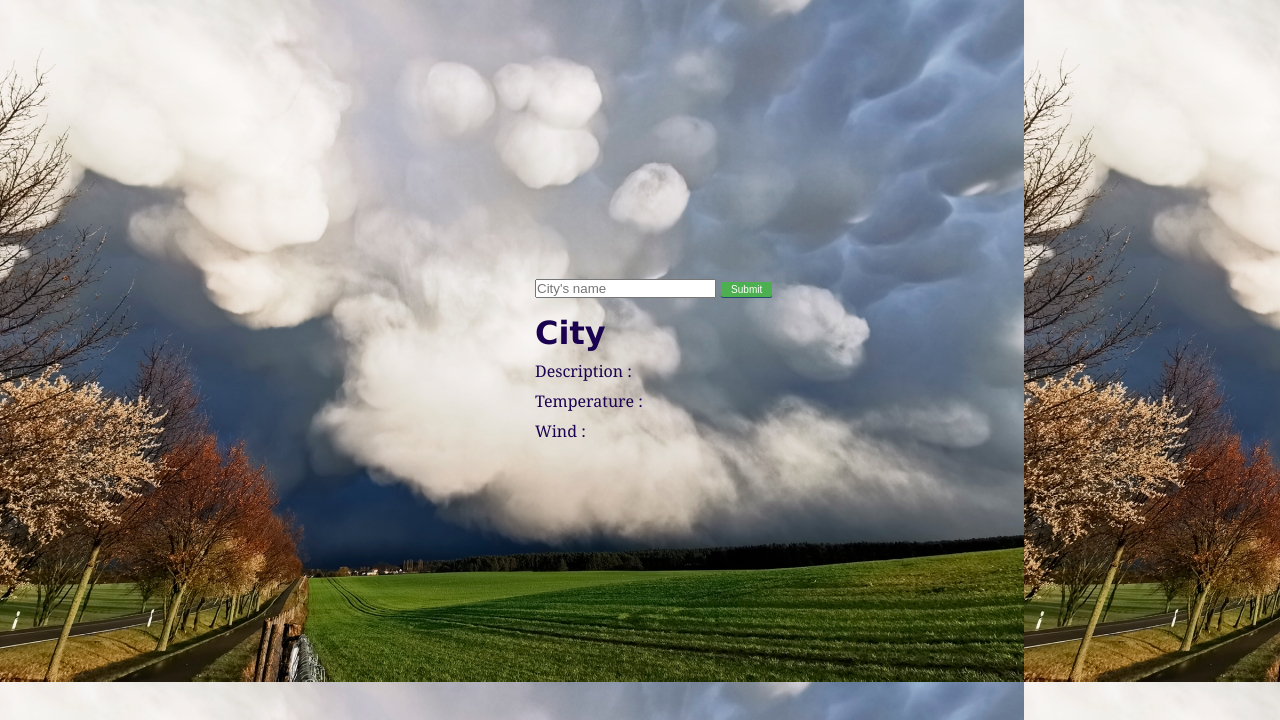
Repository: heartbreathing/searchWeather
Page: index.html
An editor plug-in stored every save of this project. The page is shown before and after a run of saves, followed by the edit.
The browser window is 1280 px wide. The pictures show the whole page.

Above is the page before, as saved 2022-11-06 23:04:05.

### index.html
<!DOCTYPE html>
<html lang="en">
  <head>
    <meta charset="UTF-8" />
    <meta http-equiv="X-UA-Compatible" content="IE=edge" />
    <meta name="viewport" content="width=device-width, initial-scale=1.0" />
    <title>search_weather</title>
    <link rel="stylesheet" href="index.css" />
  </head>
  <body>
    <div class="content">

      <form class="form">
        <input type="text" name="name" placeholder="City's name" />
        <button type="submit" class="btn">Submit</button>
      </form>
      <div class="time"></div>
      <h1><span class="name" >City</span></h1>
      <p class="content_line">Description :<span class="description"></span></p>
      <p class="content_line">
        Temperature : <span class="temperature"></span>
      </p>
      <p class="content_line">Wind :<span class="wind"></span></p>

    </div>

    <script src="index.js"></script>
  </body>
</html>

### index.css
* {
    margin: 0;
    padding: 0;
    box-sizing: border-box ;
}
body {
    background-image: url(./image/background_image.jpg) ;
    font-family: 'Lucida Sans', 'Lucida Sans Regular', 'Lucida Grande', 'Lucida Sans Unicode', Geneva, Verdana, sans-serif ;
    color: rgb(26, 2, 81);
}
.content {
    position: absolute;
    display: inline-block;
    width: 300px;
    top:50%;
    left:50%;
    transform: translate(-35%, -50%);
    row-gap: 1rem;
}
h1 {
    margin-top: 1rem;
}
.content_line {
    font-family:Cambria, Cochin, Georgia, Times, 'Times New Roman', serif ;
    font-size: 1rem;
    margin-top: 0.5rem;
}
.btn {
    background-color: #4CAF50; /* Green */
    border: none;
    color: white;
    padding: 2px 10px;
    text-align: center;
    text-decoration: none;
    display: inline-block;
    font-size: 10px;
    border-radius: 2px;
    box-shadow: 0 1px #27496d;

}

### index.js
    "use strict";
      let timeEl = document.querySelector('.time')

      function getTime(){
        timeEl.innerHTML = new Date().toLocaleDateString()
      }
    //   function getTime() {
    //     timeEl.innerHTML = new Date().toDateString();
    //     // setTimeout(getTime, 1000);
    //   }
    //   getTime();


      let form = document.querySelector('.form');
      let city;

      async function getData() {
        let res = await fetch(
          `https://goweather.herokuapp.com/weather/${city}`
        );
        const data = await res.json();

        const temp = document.querySelector('.temperature');
        const wind = document.querySelector('.wind');
        const forecast = document.querySelector('.content');
        const description = document.querySelector('.description');
        // const name = document.querySelector('.name')

        temp.innerHTML = data.temperature;
        wind.innerHTML = data.wind;
        description.innerHTML = data.description;
        // name.innerHTML = city

      }

      form.addEventListener('submit', function (event) {
        event.preventDefault();
        city = this.elements.name.value;
        getData();
      });

After the next 3 saves:
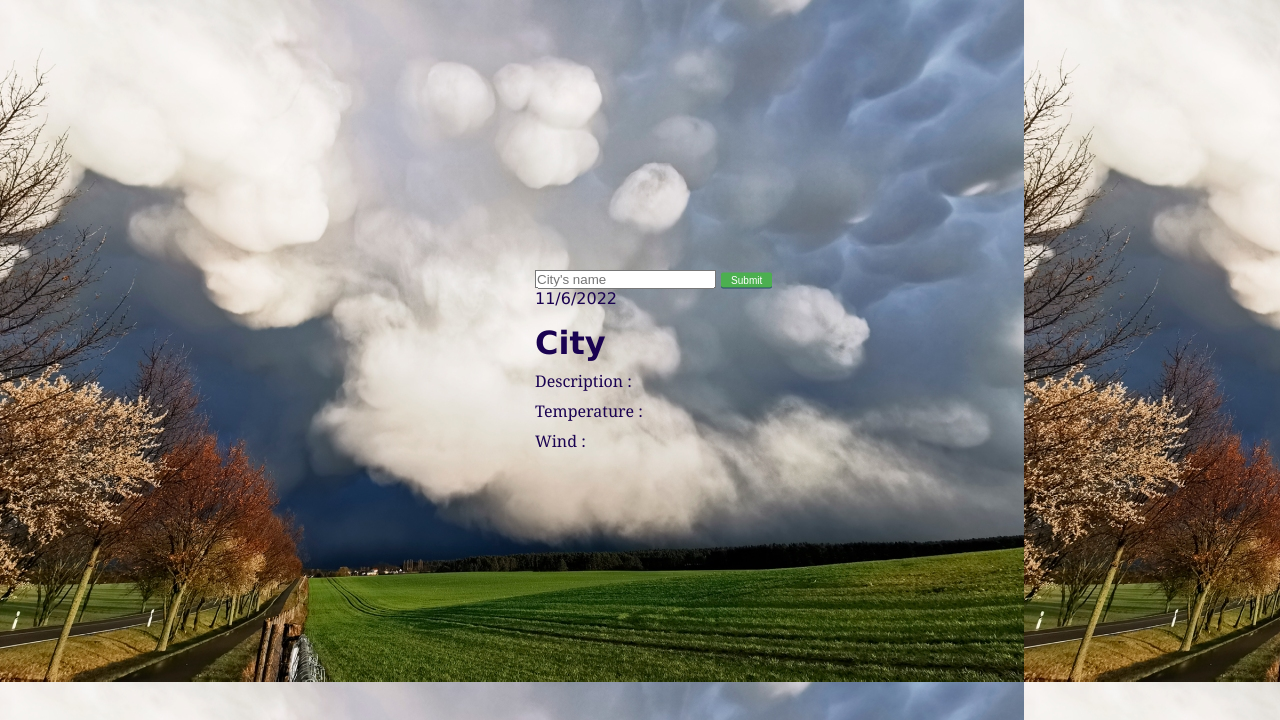
The 3 saves are shown as one change because they came seconds apart.
The last was saved 10 s later.
--- a/index.js
+++ b/index.js
@@ -4,6 +4,7 @@
       function getTime(){
         timeEl.innerHTML = new Date().toLocaleDateString()
       }
+      getTime()
     //   function getTime() {
     //     timeEl.innerHTML = new Date().toDateString();
     //     // setTimeout(getTime, 1000);
